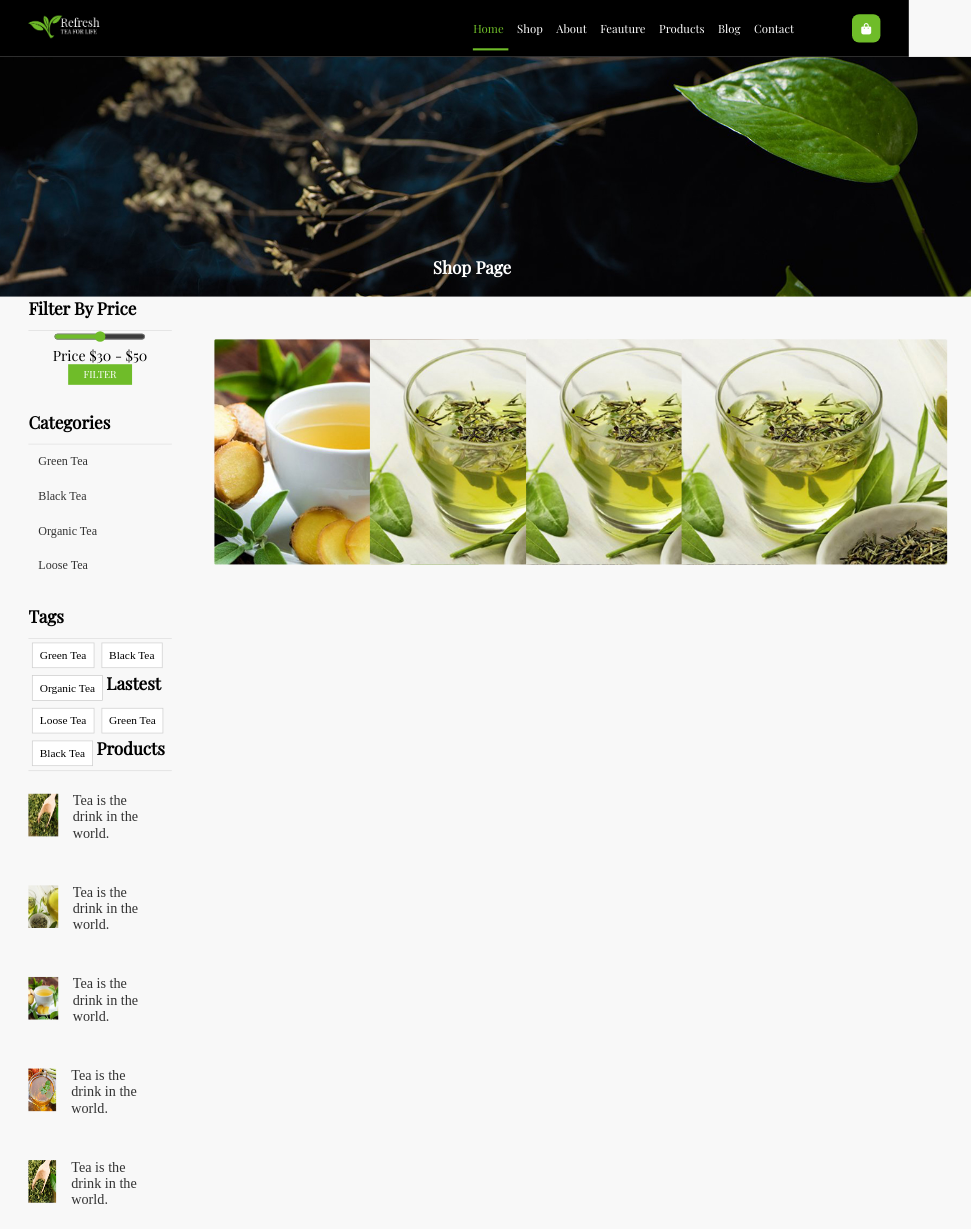
Repository: 52hzwhaleblue/school_teashop
Page: shop.html
The author's editor kept a copy of each file at every save. The page is drawn from the files as they stood at one save, then again after the next save.
The browser window is 1280 px wide. The page is 1368 px wide, so the pictures cover 1368 px, including what lies to the right of the window. The pictures show the whole page, at 71% of full size.
Some web libraries are served in a nearby version.

Above is the page before, as saved 2022-05-04 23:12:05.

### shop.html
<!DOCTYPE html>
<html lang="en">

<head>
    <meta charset="UTF-8">
    <meta http-equiv="X-UA-Compatible" content="IE=edge">
    <meta name="viewport" content="width=device-width, initial-scale=1.0">

    <!-- Style CSS -->
    <link rel="stylesheet" href="./style.css" stylesheet="text/style.css" />

    <!-- googel fonts -->
    <link rel="preconnect" href="https://fonts.googleapis.com" />
    <link rel="preconnect" href="https://fonts.gstatic.com" crossorigin />
    <link href="https://fonts.googleapis.com/css2?family=Playfair+Display&display=swap" rel="stylesheet" />

    <!-- cdn -->
    <link rel="stylesheet" href="https://cdnjs.cloudflare.com/ajax/libs/font-awesome/6.1.1/css/all.min.css" integrity="sha512-KfkfwYDsLkIlwQp6LFnl8zNdLGxu9YAA1QvwINks4PhcElQSvqcyVLLD9aMhXd13uQjoXtEKNosOWaZqXgel0g==" crossorigin="anonymous" referrerpolicy="no-referrer"
    />

    <!-- App.js -->
    <script src="./app.js">
    </script>

    <title>Shop</title>
</head>

<body>
    <!-- header -->
    <div class="header-wrapper">
        <div class="center">
            <div class="row">
                <div class="logo">
                    <img src="./images/logo.png" alt="" />
                </div>

                <div class="menu">
                    <ul>
                        <li class="active"><a href="#">Home</a></li>
                        <li><a href="#">Shop</a></li>
                        <li><a href="#">About</a></li>
                        <li><a href="#">Feauture</a></li>
                        <li><a href="#">Products</a></li>
                        <li><a href="#">Blog</a></li>
                        <li><a href="#">Contact</a></li>
                    </ul>
                </div>

                <div class="cart">
                    <i class="fa-solid fa-bag-shopping"></i>
                </div>
            </div>
        </div>
    </div>

    <!-- silder -->
    <div class="slider-wrapper">
        <div class="slider-img">
            <img src="./images/shop-slide.jpg" alt="" />

            <div class="center">
                <div class="shop-slide-content">
                    <h2 class="heading">Shop Page</h2>
                </div>
            </div>
        </div>
    </div>


    <div class="shop-page-wrapper">
        <div class="center">
            <div class="box-shop-page">
                <!-- filter by price -->
                <div class="price-filter-wrapper">
                    <div class="box-price-filter">
                        <h4>filter by price</h4>
                        <div class="price-range-bar">
                            <form class="multi-range-field my-5 pb-5">
                                <input id="multi3" class="multi-range" type="range" />
                            </form>

                            <div class="price-range">
                                <span>Price</span>
                                <span> $30 </span> -
                                <span> $50 </span>
                            </div>

                            <div class="filter-btn">
                                <p>filter</p>
                            </div>
                        </div>
                    </div>
                    <div class="catory-wrapper">
                        <div class="box-catory">
                            <h2>Categories</h2>
                        </div>
                        <div class="category">
                            <ul>
                               <li><a href="" class="btn1">Green Tea</a></li>
                               <li><a href="" class="btn1">Black Tea</a></li>
                               <li><a href="" class="btn1">Organic Tea</a></li>
                               <li><a href="" class="btn1">Loose Tea</a></li>
                            </ul>
                        </div>
                        <div class="box-catory">
                            <h2>Tags</h2>
                        </div>
                        <div class="category1">
                           <ul clas="list">
                               <li><a href="" class="btn">Green Tea</a></li>
                               <li><a href="" class="btn">Black Tea</a></li>
                               <li><a href="" class="btn">Organic Tea</a></li>
                               <li><a href="" class="btn">Loose Tea</a></li>
                               <li><a href="" class="btn">Green Tea</a></li>
                               <li><a href="" class="btn">Black Tea</a></li>
                           </ul>
                        </div>
                        <div class="box-catory">
                            <h2>Lastest Products</h2>
                        </div>
                        <div class="last-product">
                            <div class="row">
                                <div class="col-2">
                                    <img src="images/product-1.jpg">
                                </div>
                                <div class="col-2">
                                    <a href="" class="btn2">Tea is the drink in  the world. </a>
                                </div>
                            </div>
                      </div>
                      <div class="last-product">
                        <div class="row">
                            <div class="col-2">
                                <img src="images/product-2.jpg">
                            </div>
                            <div class="col-2">
                                <a href="" class="btn2">Tea is the drink in  the world.</a>
                            </div>
                        </div>
                       </div>
                       <div class="last-product">
                        <div class="row">
                            <div class="col-2">
                                <img src="images/product-3.jpg">
                            </div>
                            <div class="col-2">
                                <a href="" class="btn2">Tea is the drink in  the world.</a>
                            </div>
                        </div>
                       </div>
                         <div class="last-product">
                          <div class="row">
                          <div class="col-2">
                             <img src="images/product-4.jpg">
                            </div>
                            <div class="col-2">
                             <a href="" class="btn2">Tea is the drink in  the world.</a>
                            </div>
                        </div>
                       </div>

                    <div class="last-product">
                        <div class="row">
                            <div class="col-2">
                                <img src="images/product-5.jpg">
                            </div>
                            <div class="col-2">
                                <a href="" class="btn2">Tea is the drink in  the world.</a>
                            </div>
                        </div>
                       </div>
                   </div>
               </div>
                <!-- shop-product -->
                <div class="shop-product-wrapper">
                    <div class="shop">
                        <img src="images/product-8.jpg">
                    </div>
                    <div class="shop">
                        <img src="images/product-9.jpg">
                    </div>
                    <div class="shop">
                        <img src="images/product-9.jpg">
                    </div>
                    <div class="shop">
                        <img src="images/product-9.jpg">
                    </div>
                </div>
            </div>
        </div>
    </div>

</body>

</html>

### style.css
* {
    padding: 0;
    margin: 0;
}

body {
    background-color: #f8f8f8;
}


/* header */

.header-wrapper {
    margin: 0 auto;
    background-color: #000000;
    position: sticky;
    top: 0;
    z-index: 1;
}

.center {
    width: 1200px;
    margin: 0 auto;
}

.header-wrapper .row {
    display: flex;
    justify-content: space-between;
    align-items: center;
    padding: 20px 0;
}


/* logo */

.logo {
    width: 50.0450045005%;
}

.logo img {
    width: 100px;
}


/* menu */

.menu {
    width: 42.304230423%;
}

.menu ul li.active a {
    color: #6fbc29;
}

.menu ul li {
    display: inline-block;
    padding-right: 15px;
    position: relative;
}

.menu ul li:after {
    content: " ";
    width: 50px;
    border-bottom: 3px #6fbc29 solid;
    /* background-color: #6fbc29; */
    left: 0;
    bottom: -20px;
    position: absolute;
}

.menu ul li:not(.active):after {
    content: " ";
    width: 50px;
    border-bottom: 3px #6fbc29 solid;
    left: 0;
    bottom: -30px;
    position: absolute;
    opacity: 0;
    transition: 0.5s;
}

.menu ul li:hover:after {
    bottom: -20px;
    opacity: 1;
}

.menu ul li:hover a {
    color: #6fbc29;
}

.menu ul li a {
    text-decoration: none;
    color: #fff;
    font-family: "Playfair Display", serif;
}


/* cart */

.cart {
    width: 40px;
    height: 40px;
    border-radius: 25%;
    background-color: #6fbc29;
    display: flex;
    justify-content: center;
    align-items: center;
}

.cart i {
    color: #fff;
}


/* silder */

.slider-wrapper {
    width: 1368px;
    margin: 0 auto;
    overflow: hidden;
}

.slider-img {
    display: flex;

}

.slider-img img {
    max-width: 1368px;
}
.slider-img input{
    display: none;
}


.slider-wrapper .home-slide-content {
    width: 446px;
    position: absolute;
    top: 20%;
    left: calc((100% - 1200px) / 2);
}

.slider-wrapper .shop-slide-content {
    width: 446px;
    position: absolute;
    top: 50%;
    left: calc(100% /2.1);
}

.home-slide-content .heading {
    text-transform: uppercase;
    font-family: "Playfair Display";
    font-size: 16px;
    color: #fff;
}

.shop-slide-content .heading {
    text-transform: capitalize;
    font-family: "Playfair Display";
    /* font-size: 50px; */
    color: #fff;
}


.home-slide-content .subHeading {
    text-transform: capitalize;
    font-family: "Playfair Display";
    font-size: 50px;
    padding: 26px 0 50px 0;
    color: #fff;
}

.home-slide-content .subHeading span {
    color: #6fbc29;
    text-transform: capitalize;
    font-size: 50px;
}

.home-slide-content .slider-btn {
    width: 130px;
    /* height: 35px; */
    background-color: #6fbc29;
    display: flex;
    justify-content: center;
    align-items: center;
}

.slider-btn a {
    font-family: "Playfair Display";
    font-size: 14px;
    text-transform: uppercase;
    color: #fff;
    text-decoration: none;
    padding: 10px 0;
}


/* new product */

.product-wrapper {
    width: 1368px;
    margin: 0 auto;
    padding: 57px 0;
}

.title-main {
    padding-bottom: 52px;
}

.title-main h1 {
    font-family: "Playfair Display";
    font-size: 35px;
    text-transform: capitalize;
    color: #212529;
    text-align: center;
}

.title-main .icon {
    text-align: center;
    padding: 23px 0 18px 0;
}

.heading-icon .icon img {
    width: 100px;
}

.title-main .subTitle {
    width: 540px;
    margin: 0 auto;
}

.title-main .subTitle p {
    font-family: "Playfair Display";
    font-size: 14px;
    color: #212529;
    text-align: center;
}


/* product items */

.product-items {
    display: flex;
    flex-wrap: wrap;
    justify-content: space-between;
}

.product-items .item {
    /* width: calc(100% / 4); */
}

.product-items .item .img {
    position: relative;
}

.modal {
    position: absolute;
    width: 100%;
    height: 100%;
    bottom: 0;
    opacity: 0;
    background-color: #6fbc29;
    transition: 0.7s;
}

.modal-content h4 {
    font-family: "Playfair Display", serif;
    color: #fff;
    text-align: center;
    text-transform: capitalize;
}

.modal-content {
    padding: 48px;
}

.modal-content p {
    font-size: 14px;
    font-family: "Playfair Display", serif;
    color: #fff;
    text-align: center;
    padding: 20px 0;
}

.readmore-btn {
    width: 130px;
    background-color: #fff;
    border: 1px #fff solid;
    padding: 5px 0;
    margin: 0 auto;
    text-align: center;
}

.readmore-btn a {
    text-decoration: none;
    color: #6fbc29;
    font-size: 14px;
    font-family: "Playfair Display", serif;
    text-transform: uppercase;
}

.readmore-btn:hover {
    background-color: transparent;
}

.readmore-btn:hover a {
    text-decoration: none;
    color: #fff;
    font-size: 14px;
    font-family: "Playfair Display", serif;
    text-transform: uppercase;
}

.product-items .img:hover .modal {
    top: 0;
    opacity: 0.8;
}

.product-btn {
    display: flex;
    justify-content: center;
}

.btn-left,
.btn-right {
    border-radius: 50%;
    width: 30px;
    height: 30px;
    background-color: #6fbc29;
    margin: 0 10px;
    display: flex;
    align-items: center;
    justify-content: center;
    color: #fff;
    margin-top: 35px;
}

.btn-left:hover,
.btn-right:hover {
    border-radius: 50%;
    width: 30px;
    height: 30px;
    background-color: #fff;
    margin: 0 10px;
    display: flex;
    align-items: center;
    justify-content: center;
    color: #6fbc29;
    margin-top: 35px;
}


/* information */

.information {
    width: 1368px;
    margin: 0 auto;
    background-color: #f8f8f8;
    display: flex;
    justify-content: space-between;
}

.info-img img {
    max-width: 730px;
}

.info-content {
    width: 37.6461988304%;
    padding: 85px 0 125px 30px;
}

.info-content h2 {
    font-size: 35px;
    font-family: "Playfair Display", serif;
}

.info-content p {
    font-size: 14px;
    font-family: "Playfair Display", serif;
    margin: 10px 0;
}

.information .readmore-info-btn {
    width: 130px;
    background-color: #6fbc29;
    padding: 5px 0;
    text-align: center;
}

.information .readmore-info-btn a {
    text-decoration: none;
    color: #fff;
    font-size: 14px;
    font-family: "Playfair Display", serif;
    text-transform: uppercase;
}

.information .readmore-info-btn:hover {
    background-color: #fff;
}

.information .readmore-info-btn:hover a {
    text-decoration: none;
    color: #6fbc29;
    font-size: 14px;
    font-family: "Playfair Display", serif;
    text-transform: uppercase;
}

.criteria-wrapper {
    width: 100%;
    height: 368px;
}

.criteria-items {
    max-width: 1368px;
    display: flex;
    justify-content: center;
}

.criteria-items .item {
    padding: 0 10px;
    box-sizing: border-box;
}


/* featured product */

.featured-product-wrapper {}

.featured-product-items {
    display: flex;
    justify-content: space-between;
    flex-wrap: wrap;
    margin-bottom: 50px;
}

.featured-product-items .item {
    width: calc(100% / 3);
}

.featured-product-items .item .img {
    position: relative;
}

.featured-product-items .img .modal {
    border-radius: 50%;
}

.featured-product-items .img:hover .modal {
    top: 0;
    opacity: 0.8;
    width: 92.5%;
}

.featured-product-items .item .title {
    text-align: center;
    font-family: "Playfair Display";
    font-weight: 600;
    font-size: 20px;
}

.featured-product-items .item .description {
    text-align: center;
    font-family: "Playfair Display";
    font-size: 14px;
}

.featured-product-items .item img {
    border-radius: 50%;
}


/* Information Wrapper */

.info-wrapper {
    position: relative;
}

.info-wrapper img {
    height: 435px;
    width: 100%;
}

.info-heading {
    top: 0;
    width: 490px;
    margin: 55px 0;
    position: absolute;
}

.info-heading .title {
    font-family: "Playfair Display";
    font-size: 35px;
    font-weight: 600;
}

.info-heading .subTitle {
    font-family: "Playfair Display";
    font-size: 14px;
    margin: 25px 0 50px 0;
}

.readmore-info-btn {
    width: 130px;
    background-color: #6fbc29;
    border: 1px #fff solid;
    padding: 5px 0;
    /* margin: 0 auto; */
    text-align: center;
}

.readmore-info-btn a {
    text-decoration: none;
    color: #fff;
    font-size: 14px;
    font-family: "Playfair Display", serif;
    text-transform: uppercase;
}

.readmore-info-btn:hover {
    background-color: #fff;
}

.readmore-info-btn:hover a {
    text-decoration: none;
    color: #6fbc29;
    font-size: 14px;
    font-family: "Playfair Display", serif;
    text-transform: uppercase;
}


/* video */

.video-wrapper {
    position: relative;
    display: flex;
    justify-content: center;
}

.bg-overlay {
    position: relative;
    z-index: 1;
}

.bg-overlay:after {
    background: #000 none repeat scroll 0 0;
    content: "";
    height: 100%;
    left: 0;
    opacity: 0.8;
    position: absolute;
    top: 0;
    width: 100%;
}

.video-wrapper .center {
    width: 1200px;
    margin: 0 auto;
    display: flex;
    justify-content: center;
}

.video-wrapper img {
    width: 100%;
}

.video-wrapper .title-main {
    top: 0;
    position: absolute;
    z-index: 2;
    margin-top: 55px;
}

.video-wrapper .title-main .title {
    color: #fff;
}

.video-wrapper .title-main .icon img {
    width: 200px;
}

.video-wrapper .title-main .subTitle p {
    color: #fff;
}

.box-video {
    /* width: 890px;
    height: 442px; */
    bottom: 25%;
    z-index: 1;
    position: absolute;
}


/* Shop Page */

.box-shop-page {
    display: flex;
    justify-content: space-between;
}

.price-filter-wrapper {
    width: 28.3333333333%;
}

.box-price-filter h4 {
    font-family: "Playfair Display", serif;
    font-size: 24px;
    text-transform: capitalize;
    border-bottom: 1px #dedede solid;
    padding-bottom: 15px;
}



/* Price Range Input */

#multi3 {
    accent-color: #6FBC29;
}

.price-range-bar {
    text-align: center;
}

.price-range {
    font-family: "Playfair Display", serif;
    font-size: 20px;
}

.filter-btn {
    width: 90px;
    height: 35px;
    margin: 0 auto;
}

.filter-btn:hover {
    width: 90px;
    height: 35px;
    margin: 0 auto;
}

.filter-btn p {
    font-family: "Playfair Display", serif;
    font-size: 14px;
    color: #fff;
    text-transform: uppercase;
    background-color: #6fbc29;
    padding: 5px 20px;
}

.filter-btn p:hover {
    font-family: "Playfair Display", serif;
    font-size: 14px;
    color: #6fbc29;
    text-transform: uppercase;
    background-color: #fff;
    padding: 5px 20px;
    border: 1px #6fbc29 solid;
}
.box-catory h2{
    font-family: "Playfair Display", serif;
    font-size: 24px;
    text-transform: capitalize;
    border-bottom: 1px #dedede solid;
    padding-bottom: 15px;
    padding-top: 30px;
}
.category ul li a {
    text-decoration: none;
    color:#333333;
    font-size: 17px;
    transition: 0.3s;
    border-bottom: 1px solid transparent;
    padding: 5px 0;
    display: block;
    padding: 14px;

}
ul{
    list-style-type: none;
}
.btn1:hover{
   color: #6fbc29;
   border-bottom: 1px solid #6fbc29;
}
.btn{
    display: inline-block;
    background: #fff;
    color: #000000;
    padding: 8px 10px;
    margin: 5px 5px;
    border: 1px solid #cccccc;
}

.btn:hover {
    background: #6fbc29;
    color: #fff;
}
.category1 ul li a{
    text-decoration: none;
    float: left;
}
.row {
    display: flex;
    align-items: center;
}

.col-2 img {
    width: 130%;
    height: 60px;
    padding: 10px 0;
    margin: 30px 20;
}
.btn2{
    color:#333333;
    padding: 30px;
    text-decoration: none;
    font-size: 20px;
    display: inline-block;
}
.btn2:hover{
    color:#6fbc29;
}
.shop-product-wrapper{
    display: flex;
    align-items: top;
    flex-wrap: wrap;
    justify-content: space-around;
    padding: 50px;
    margin: 10px;
}
.shop {
    flex-basis: 25%;
    min-width: 200px;
    margin-bottom: 50px;
}
.shop img{
    width: 170%;
    height: auto;
    display: block;
    margin: auto;
}
/* ----Product---- */

### app.js
/* $('#multi3').mdbRange({
    width: '100%',
    single: {
        active: true,
        multi: {
            active: true,
            rangeLength: 2
        },
    }
}); */

After the next save:
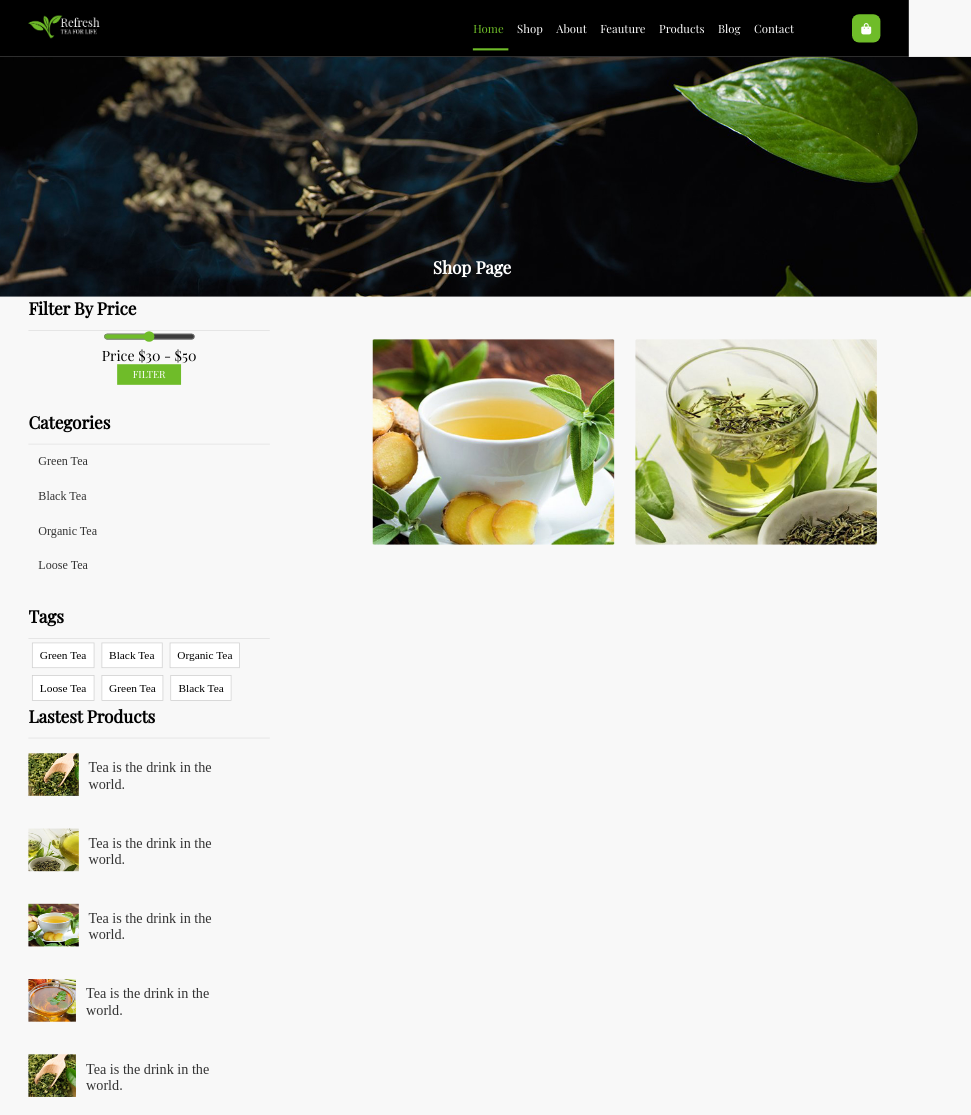
Saved 19 s later.
--- a/shop.html
+++ b/shop.html
@@ -179,12 +179,6 @@
                     <div class="shop">
                         <img src="images/product-9.jpg">
                     </div>
-                    <div class="shop">
-                        <img src="images/product-9.jpg">
-                    </div>
-                    <div class="shop">
-                        <img src="images/product-9.jpg">
-                    </div>
                 </div>
             </div>
         </div>
